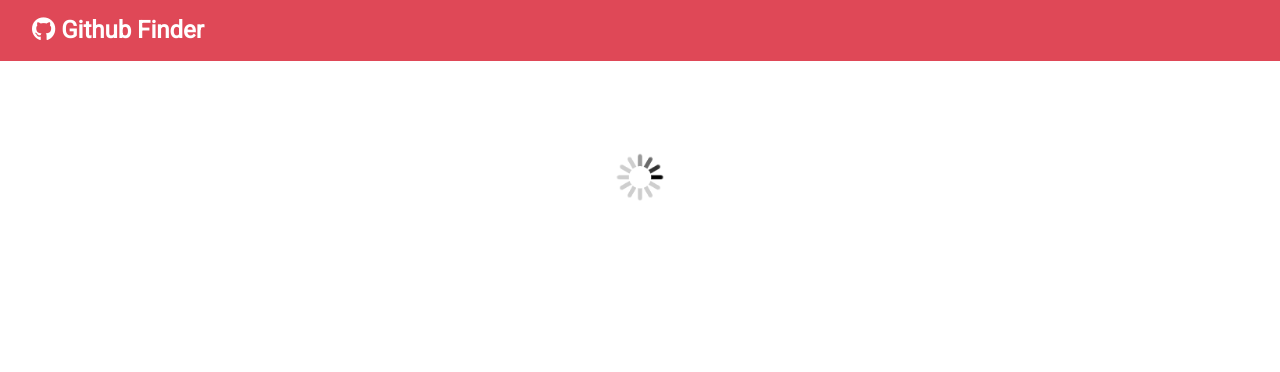
Repository: zhapar/github-finder
Page: /
The author's editor kept a copy of each file at every save. The page is drawn from the files as they stood at one save, then again after a run of saves.
The browser window is 1280 px wide. The pictures show the whole page.
The page's requests for data from a server got no answer. Some web libraries are served in a nearby version. The project was rebuilt for these pictures with package versions that can differ from the ones it lists, and the page was loaded fresh each time. No one was signed in, and anything a server would have sent is missing. Also part of the build but not shown: src/components/users/UserItem.js.

Above is the page before, as saved 2020-05-08 14:36:13.

### src/App.js
import React, { Component } from "react";
import Navbar from "./components/layout/Navbar";
import Users from "./components/users/Users";
import axios from "axios";
import "./App.css";

class App extends Component {
  state = {
    users: [],
    loading: false,
  };

  async componentDidMount() {
    this.setState({ loading: true });

    const res = await axios.get(
      `https://api.github.com/users?client_id=${process.env.REACT_APP_GITHUB_CLIENT_ID}&client_secret=${process.env.REACT_APP_GITHUB_CLIENT_SECTRET}`
    );

    this.setState({ users: res.data, loading: false });
  }

  render() {
    return (
      <div className="App">
        <Navbar />
        <div className="container">
          <Users loading={this.state.loading} users={this.state.users} />
        </div>
      </div>
    );
  }
}

export default App;

### src/components/layout/Navbar.js
import React from "react";
import PropTypes from "prop-types";

const Navbar = ({ icon, title }) => {
  return (
    <nav className="navbar bg-primary">
      <h1>
        <i className={icon}></i> {title}
      </h1>
    </nav>
  );
};

Navbar.defaultProps = {
  title: "Github Finder",
  icon: "fab fa-github",
};

Navbar.propTypes = {
  title: PropTypes.string.isRequired,
  icon: PropTypes.string.isRequired,
};

export default Navbar;

### src/components/users/Users.js
import React from "react";
import UserItem from "./UserItem";
import Spinner from "../layout/Spinner";
import PropTypes from "prop-types";

const Users = ({ users, loading }) => {
  if (loading) {
    return <Spinner />;
  } else {
    return (
      <div style={userStyle}>
        {users.map((user) => (
          <UserItem key={user.id} user={user} />
        ))}
      </div>
    );
  }
};

Users.propTypes = {
  users: PropTypes.array.isRequired,
  loading: PropTypes.bool.isRequired,
};

const userStyle = {
  display: "grid",
  gridTemplateColumns: "repeat(3, 1fr)",
  gridGap: "1rem",
};

export default Users;

### src/components/users/Search.js
import React, { Component } from "react";

export class Search extends Component {
  render() {
    return (
      <div>
        <form className="form">
          <input type="text" name="text" placeholder="Search users..." />
          <input
            type="submit"
            value="Search"
            className="btn btn-dark btn-block"
          />
        </form>
      </div>
    );
  }
}

export default Search;

Loaded but not shown: public/index.html (common file); src/index.js (common file); src/App.css (common file); src/components/layout/Spinner.js (common file)

After the next 2 saves:
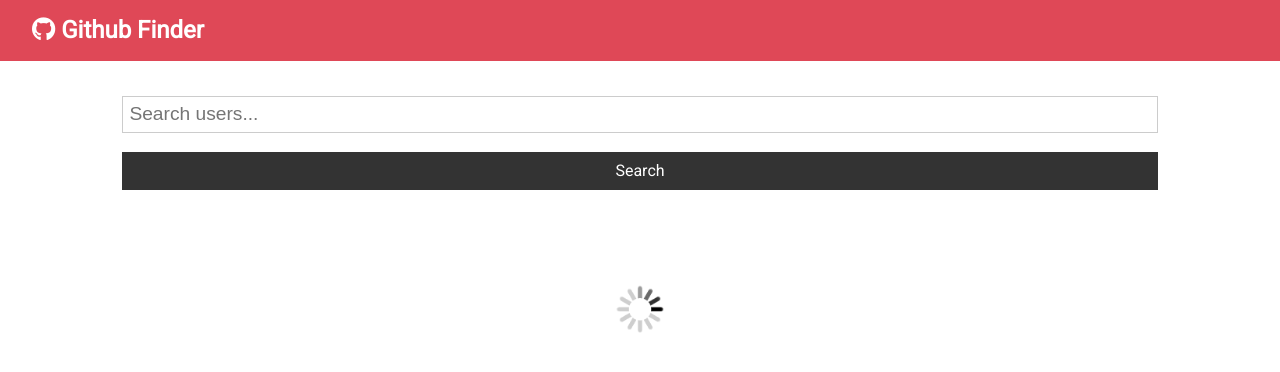
The 2 saves are shown as one change because 1 did not build or start.
The last was saved 60 s later.
--- a/src/App.js
+++ b/src/App.js
@@ -1,6 +1,7 @@
 import React, { Component } from "react";
 import Navbar from "./components/layout/Navbar";
 import Users from "./components/users/Users";
+import Search from "./components/users/Search";
 import axios from "axios";
 import "./App.css";
 
@@ -25,6 +26,7 @@ class App extends Component {
       <div className="App">
         <Navbar />
         <div className="container">
+          <Search />
           <Users loading={this.state.loading} users={this.state.users} />
         </div>
       </div>
